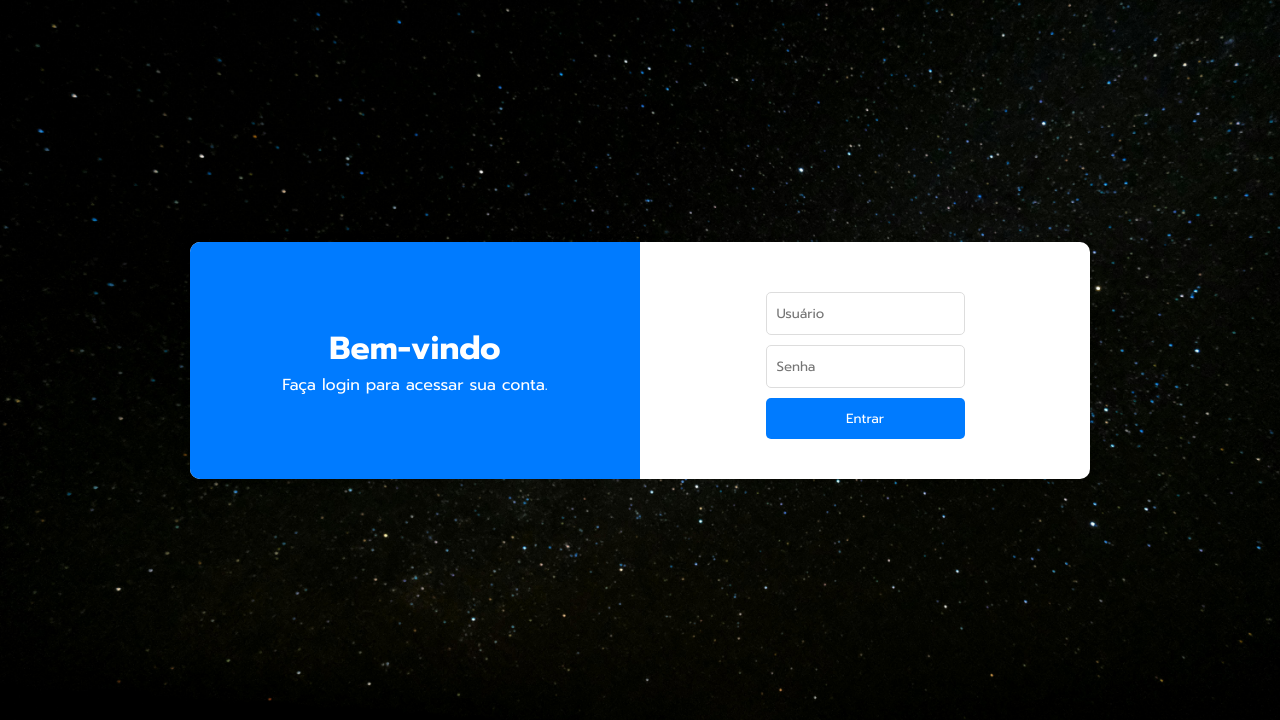
Repository: joao-paulo-paiva/tela-login
Page: index.html
An editor plug-in stored every save of this project. The page is shown before and after the next save, followed by the edit.
The browser window is 1280 px wide. The pictures show the whole page.

Above is the page before, as saved 2025-04-15 10:58:18.

### index.html
<!DOCTYPE html>
<html lang="pt-br">
<head>
    <meta charset="UTF-8">
    <meta name="viewport" content="width=device-width, initial-scale=1.0">
    <title>Tela de Login</title>
    <link rel="stylesheet" href="style.css">
    <link rel="preconnect" href="https://fonts.googleapis.com">
    <link rel="preconnect" href="https://fonts.gstatic.com" crossorigin>
    <link href="https://fonts.googleapis.com/css2?family=DM+Sans:ital,opsz,wght@0,9..40,100..1000;1,9..40,100..1000&family=Montserrat:ital,wght@0,100..900;1,100..900&family=Prompt:ital,wght@0,100;0,200;0,300;0,400;0,500;0,600;0,700;0,800;0,900;1,100;1,200;1,300;1,400;1,500;1,600;1,700;1,800;1,900&display=swap" rel="stylesheet">
</head>
<body>
    <div class="container">
        <div class="esquerda">
            <h1>Bem-vindo</h1>
            <p>Faça login para acessar sua conta.</p>
        </div>
        <div class="direita">
            <form action="#" method="POST">
                <input type="text" placeholder="Usuário" required>
                <input type="password" placeholder="Senha" required>
                <button type="submit">Entrar</button>
            </form>
        </div>
    </div>
</body>
</html>

### style.css
* {
    margin: 0;
    padding: 0;
    box-sizing: border-box;
    font-family: "Prompt", sans-serif;
}

body {
    display: flex;
    justify-content: center;
    align-items: center;
    height: 100vh;
    background-image: url(./imagens/pexels-francesco-ungaro-998641.jpg);
    background-size: cover;
    background-position: center;
    background-repeat: no-repeat;
}

.container {
    display: flex;
    width: 80%;
    max-width: 900px;
    background: white;
    box-shadow: 0 0 10px rgba(0,0,0,0.1);
    border-radius: 10px;
    overflow: hidden;
}

.esquerda, .direita {
    width: 50%;
    padding: 40px;
}

.esquerda {
    background-color: #007bff;
    color: white;
    display: flex;
    flex-direction: column;
    justify-content: center;
    align-items: center;
}

.direita {
    display: flex;
    flex-direction: column;
    justify-content: center;
    align-items: center;
}

input {
    display: block;
    width: 100%;
    padding: 10px;
    margin: 10px 0;
    border: 1px solid #ddd;
    border-radius: 5px;
}

button {
    width: 100%;
    padding: 10px;
    background-color: #007bff;
    color: white;
    border: none;
    border-radius: 5px;
    cursor: pointer;
}

After the next save:
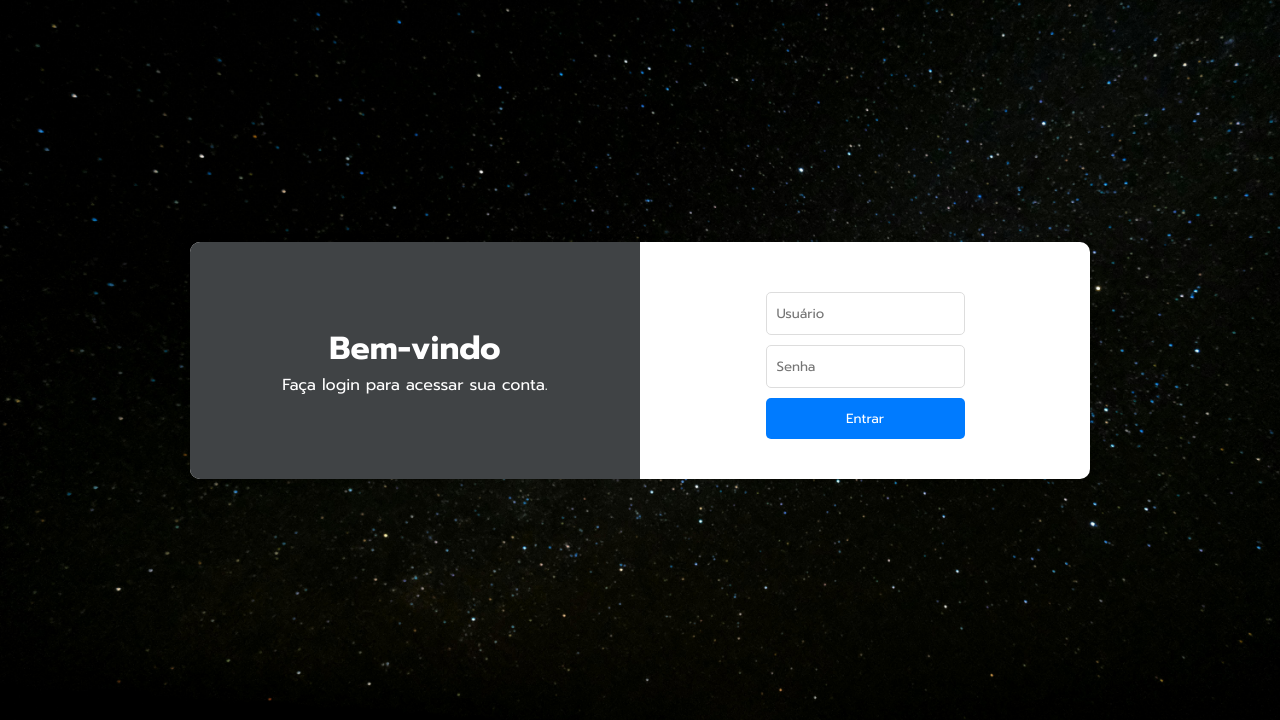
Saved 29 s later.
--- a/style.css
+++ b/style.css
@@ -32,7 +32,7 @@
 }
 
 .esquerda {
-    background-color: #007bff;
+    background-color: #404345;
     color: white;
     display: flex;
     flex-direction: column;

After the 2 saves that followed:
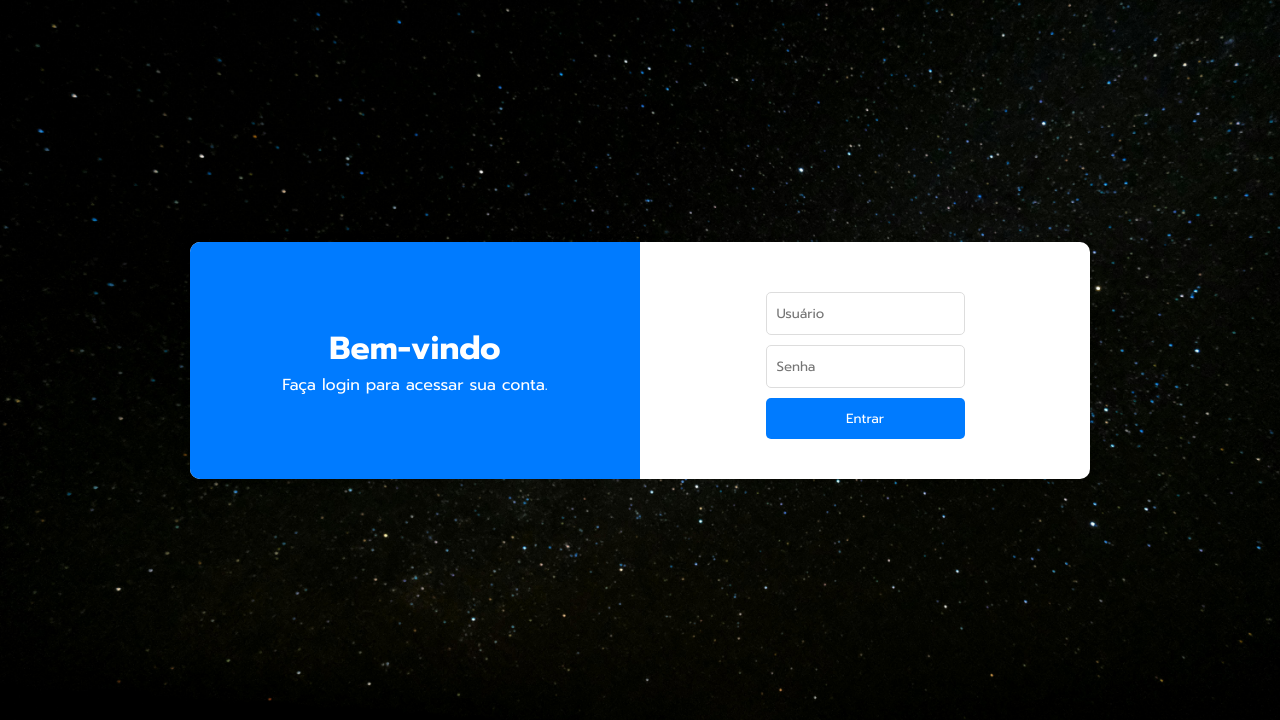
The 2 saves are shown as one change because they came seconds apart.
The last was saved 18 s later.
--- a/style.css
+++ b/style.css
@@ -32,7 +32,7 @@
 }
 
 .esquerda {
-    background-color: #404345;
+    background-color: #007bff;
     color: white;
     display: flex;
     flex-direction: column;
